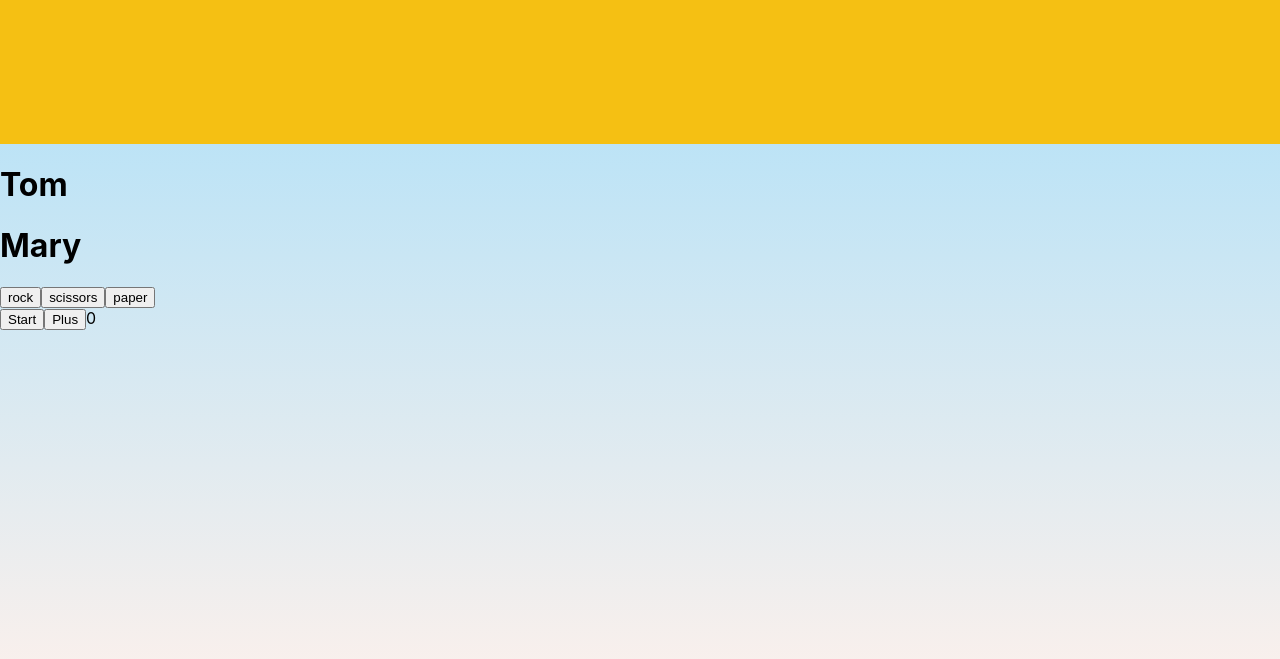
Repository: K009/Rock-Paper-Scissors
Page: /
The author's editor kept a copy of each file at every save. The page is drawn from the files as they stood at one save, then again after the next save.
The browser window is 1280 px wide. The pictures show the whole page.
The project was rebuilt for these pictures with package versions that can differ from the ones it lists, and the page was loaded fresh each time.

Above is the page before, as saved 2020-05-13 08:35:41.

After the next save:
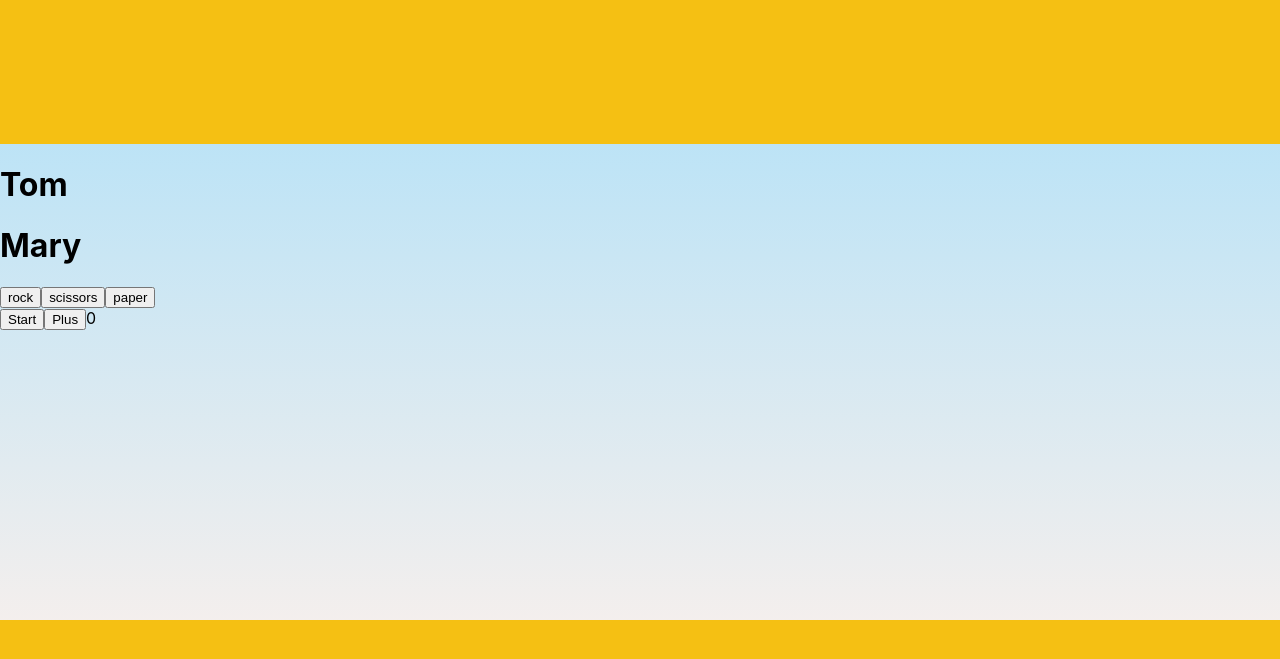
Saved 7 s later.
--- a/src/App.css
+++ b/src/App.css
@@ -21,6 +21,7 @@
 
 footer {
   height: 100px;
+  background-color: rgb(245, 192, 19);
   width: 100%;
   position: absolute;
   left: 0;
